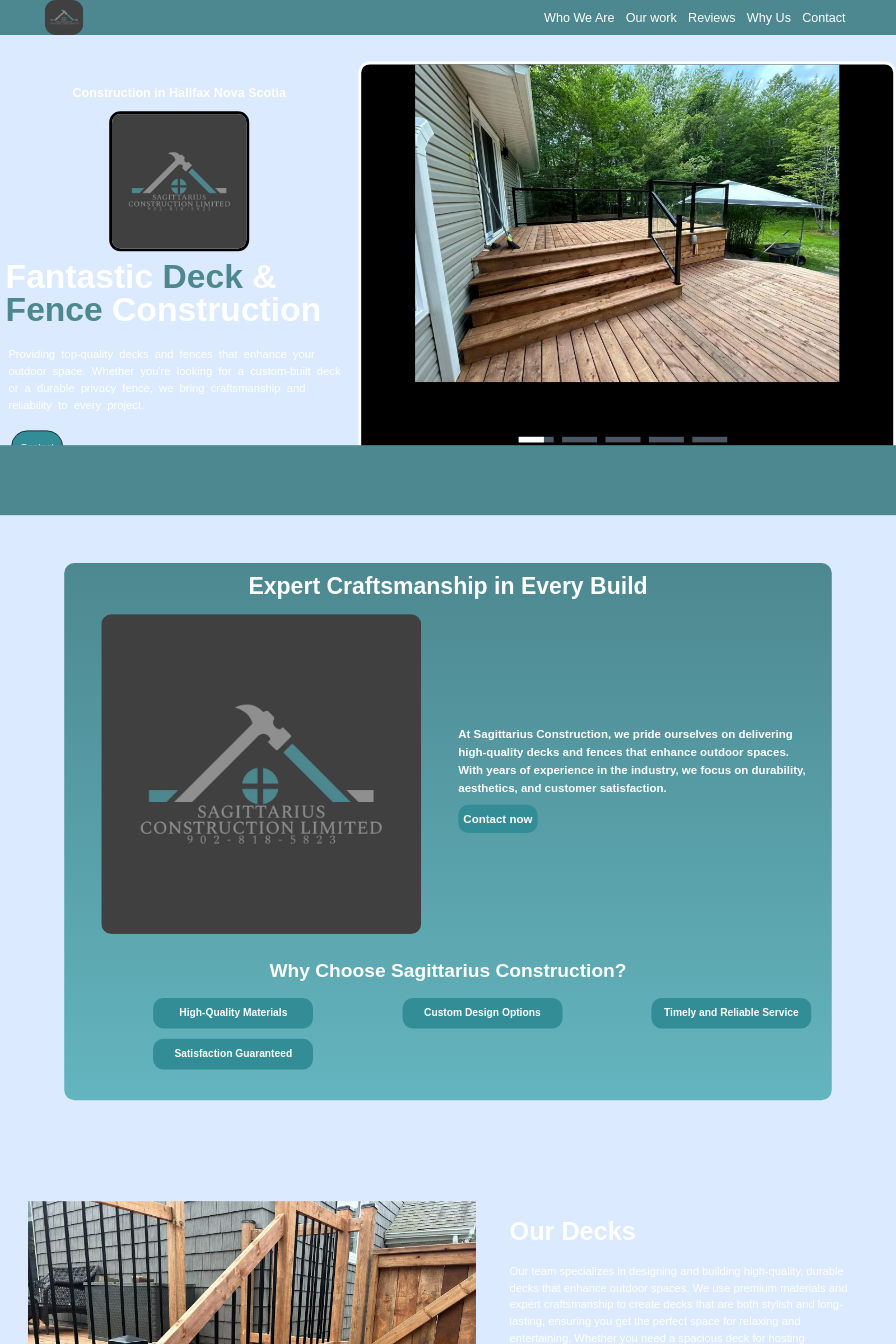
Repository: TMuse333/sagittarius
Page: / (app in frontend/)
The author's editor kept a copy of each file at every save. The page is drawn from the files as they stood at one save, then again after the next save.
The browser window is 1280 px wide. The pictures show the part of the page from y = 0 to 1920 px (the page is 9340 px tall), at 70% of full size.
The project was rebuilt for these pictures with package versions that can differ from the ones it lists, and the page was loaded fresh each time. The framework's server and built-in components were replaced by stand-ins that run in the browser. Also part of the build but not shown: frontend/next.config.ts.

Above is the page before, as saved 2025-03-17 18:58:21.

### frontend/src/app/layout.tsx
import { ContextProvider } from "@/context/context";
import type { Metadata } from "next";
import { Geist, Geist_Mono } from "next/font/google";
import "./globals.css";

const geistSans = Geist({
  variable: "--font-geist-sans",
  subsets: ["latin"],
});

const geistMono = Geist_Mono({
  variable: "--font-geist-mono",
  subsets: ["latin"],
});

export const metadata: Metadata = {
  title: "Sagittarius Construction demo",
  description: "Rough draft of your website",
};

export default function RootLayout({
  children,
}: Readonly<{
  children: React.ReactNode;
}>) {
  return (
    <html lang="en">
      <ContextProvider>


      <body
        className={`${geistSans.variable} ${geistMono.variable} antialiased`}
      >
        {children}
      </body>
      </ContextProvider>
    </html>
  );
}

### frontend/src/app/page.tsx
import Homepage from "@/pageComponents/homePage";


export default function Home() {
  return (
 <Homepage/>
  );
}

### frontend/src/app/globals.css
@tailwind base;
@tailwind components;
@tailwind utilities;

:root {
  --background: #DBEAFE;
  --foreground: #171717;
}

@media (prefers-color-scheme: dark) {
  :root {
    --background: #404040;
    --foreground: #ededed;
  }
}

body {
  color: white;
  background: var(--background);
  font-family: Arial, Helvetica, sans-serif;

}

### frontend/src/data/homeData.ts


import { ContentProps } from "@/components/imageTextBox/imageTextBox";


export const carouselHeroData = {
    mainHeader: "Fantastic Deck & Fence Construction",
    titleText: "Construction in Halifax Nova Scotia",
    descriptionText:
      "Providing top-quality decks and fences that enhance your outdoor space. Whether you're looking for a custom-built deck or a durable privacy fence, we bring craftsmanship and reliability to every project.",
    buttonText: "Get in Touch",
    images: [
        {
            src: '/deck.webp',
            alt: 'Wooden deck built by Sagittarius Construction',
            description: 'A well-crafted outdoor wooden deck providing a comfortable space for relaxation.'
        },
        {
            src: '/indoor-1.webp',
            alt: 'Privacy fence by Sagittarius Construction',
            description: 'A high-quality wooden fence built for security and style.'
        },
        {
            src: '/kitchen-2.webp',
            alt: 'Outdoor patio space by Sagittarius Construction',
            description: 'A beautifully designed patio space perfect for entertaining guests.'
        },
        {
            src: '/tyvek.webp',
            alt: 'Outdoor patio space by Sagittarius Construction',
            description: 'A beautifully designed patio space perfect for entertaining guests.'
        },
        {
            src: '/wall-after.webp',
            alt: 'Outdoor patio space by Sagittarius Construction',
            description: 'A beautifully designed patio space perfect for entertaining guests.'
        }
    ]
  };

export const lorem60 = "Lorem ipsum dolor sit amet consectetur, adipisicing elit. Magnam nobis laborum porro voluptas molestias nihil, eum ea velit quae, perspiciatis blanditiis dolorum culpa unde est eos earum a rem eveniet accusantium doloremque! Molestias illum inventore quae adipisci esse unde tempore, deleniti sed culpa nulla, sint placeat asperiores commodi? Libero ut tempora ad deserunt beatae facilis cum esse magni quaerat. Quasi nihil perspiciatis culpa minus, voluptates inventore saepe repudiandae reiciendis accusantium fuga exercitationem vero, eligendi voluptatibus nam neque, cumque explicabo vitae tenetur expedita accusamus placeat. Corporis perspiciatis, eius minus debitis ex, ad ducimus, error neque id itaque eligendi quibusdam hic pariatur!"

export const imageTextBoxData = {
    src: '/logo.webp',
    alt: 'Sagittarius Construction Team',
    description: "We Are A Local Nova Scotian Team. Delivering Up To Date Construction & Renovation Practices & Designs. Old School Work Ethic & Care, Giving Our Clients Workmanship On A Budget, On Time. We Proudly Commit To A Friendly & Transparent Approach To Building Lasting Relationships."
,
    title: 'Meet Our Team',
    buttonLink: '/about-us',
    buttonText: 'Learn More'
};


  export const imageTextBoxData2 = {
    src: '/logo.webp', // Replace with your image source
    alt: 'Lorem Ipsum Team',
    description: 'Lorem ipsum dolor sit amet, consectetur adipiscing elit. Sed do eiusmod tempor incididunt ut labore et dolore magna aliqua. Ut enim ad minim veniam, quis nostrud exercitation ullamco laboris nisi ut aliquip ex ea commodo consequat.\n\n' +
    'Duis aute irure dolor in reprehenderit in voluptate velit esse cillum dolore eu fugiat nulla pariatur. Excepteur sint occaecat cupidatat non proident, sunt in culpa qui officia deserunt mollit anim id est laborum.',

    reverse: false, // Optional: You can set it to true if needed to adjust the layout
    title: 'Find a home',
    buttonLink: '/buy-home', // Link to the About page
    buttonText: 'Learn More'
  };


  export const experienceCardData = {
    title: 'Expert Craftsmanship in Every Build',
    src: '/logo.webp',
    alt: 'Experienced Builders',
    description:
        "At Sagittarius Construction, we pride ourselves on delivering high-quality decks and fences that enhance outdoor spaces. With years of experience in the industry, we focus on durability, aesthetics, and customer satisfaction."
        ,
    aspects: [
        'High-Quality Materials',
        'Custom Design Options',
        'Timely and Reliable Service',
        'Satisfaction Guaranteed',
    ],
    link: '/contact',
    reverse: false,
    aspectHeader: 'Why Choose Sagittarius Construction?',
};

  //interface Props {
//     title?: string;
//     description?: string;
//     bgImage?:boolean
//     images: {
//         src: string;
//         alt: string;
//         title:string,
//         description:string,
//         link?:string,
//         date?:string

//     }[];
//     iframe?:boolean

// }

export const textAndListData = {
    subTitle: "Why Choose Sagittarius Construction?",
    title: "Deck and Fence Specialists You Can Trust",
    src: "/logo.webp",
    alt: "Sagittarius Construction Logo",
    description:
      "We bring expertise, precision, and dedication to every deck and fence project. Our goal is to create outdoor spaces that are both functional and visually appealing. Contact us today for a consultation.",
    listAspects: [
        {
            src: "/materials.jpg",
            alt: "Premium Materials",
            title: "High-Quality Materials",
            description: "We use only the best materials to ensure long-lasting decks and fences.",
        },
        {
            src: "/design.jpg",
            alt: "Custom Designs",
            title: "Custom Designs",
            description: "Every project is tailored to match your style and outdoor space.",
        },
        {
            src: "/reliable.jpg",
            alt: "Reliable Service",
            title: "Reliable & Efficient",
            description: "We complete projects on time and with meticulous attention to detail.",
        }
    ],
};




  export const parallaxTextContentData = {
    src: '/place-holder.jpg',
    alt: 'Lorem Ipsum Team',
    isVideo: false,
    muted: false,
    // thumbnail: false,
    description: "Chris hosts a captivating podcast that brings together voices from across Halifax, diving into stories of success, business, and community impact. Each episode offers listeners valuable insights, engaging discussions, and a fresh perspective on local industries.\n\n" +
    "From entrepreneurs to creatives, Chris explores what drives Halifax forward, sharing inspiring conversations with influential guests. Whether you're looking to learn, connect, or be entertained, this podcast is your go-to source for real conversations that matter.",

    heading: 'The Halifax Network Podcast',
    subHeading: 'Keeping you connected'
  };




export const closingStatement = {
  title: "Transform Your Well-Being Today",
  description: `Whether you’re buying your first home, upgrading to a dream property, or selling to start a new chapter, I’m here to make the process simple and stress-free. With deep roots in Halifax and over a decade of sales and marketing experience, I combine local market knowledge with personalized service to help you reach your real estate goals.

  As a proud member of RE/MAX Nova, I focus on delivering results while building lasting relationships. My mission is to provide expert advice, innovative strategies, and clear communication every step of the way.

  Let’s navigate the Halifax real estate market together—whether you're looking for a cozy home in Sackville, a vibrant condo in Downtown Halifax, or a rental property to build your investment portfolio.

  Ready to get started? I’d love to hear your story and help you take the next step.`,
  buttonText: "Book Your Appointment Now",
  buttonDestination: "/contact",
};

// src:string,
// alt:string,
// name:string,
// title:string
// description:string,
// quote:string
// phone:string,
// email:string,


// export const contactData = {
//   src:'/chris-nobg.png',
//   alt:'Chris Crowell',
//   name:'Chris Crowell',
//   title:'Your Netword Realtor',
//   description:'Ready to go',
//   quote:'Your can place an ending statment here or something else.',
//   phone:'902-209-3919',
//   email:'chriscrowell@remaxNova.ca'

// }


export const testimonials = [
  {
    name: "Ernestine Meagher-Oakley",
    src: "/place-holder.jpg",
    description:
      "I am very pleased with the work on our deck and front railing. The work is top quality. Michael and Crew do their own work and do not contract out. They are fair, dependable and great to work with.",
    date: "a month ago",
    alt: "Testimonial from Alicia Lockhart"
  },
  {
    name: "Michela Demarco",
    src: "/place-holder.jpg",
    description:
      "Does great work and is always reliable!",
    date: "a month ago",
    alt: "Testimonial from Jake Gaudet"
  },
  {
    name: "Rose Dillman",
    src: "/place-holder.jpg",
    description:
      "I had Mike and crew to do gable ends on my house. I was very pleased with the work. when he found something else wrong that should be fixed, he let me know before going ahead. very reasonable price and very careful and considerate of property. Nice job guys.",
    date: "a month ago",
    alt: "Testimonial from Adam Piercey"
  },
  {
    name: "Rachael Taylor",
    src: "/place-holder.jpg",
    description:
      `I have been fortunate enough to have Michael and his crew on a couple projects. Obviously I am pleased with the work and the end results, thus the review. But what impressed me was them taking the time to confirm the integrity of the surrounding area, making suggestions to improve the function and longevity of my outdoor living space, and their clear concise communications. Not to mention their quote was accurate, and extremely reasonable compared to the others I received.
      You will love the beauty that Sagittarius C&R creates for your custom project. From the quality of the materials to the time and attention to detail, you will see the pride they take in their work every step of the way.`,
    date: "5 months ago",
    alt: "Testimonial from John Gilfillan"
  },
//   {
//     name: "Bryan Lawlor",
//     src: "/place-holder.jpg",
//     description:
//       "Chris was great to deal with! He is very knowledgeable of the industry and fully understood our needs and wants. Also was readily available to have phone calls when we needed to ask questions!",
//     date: "4 weeks ago",
//     alt: "Testimonial from Bryan Lawlor"
//   },
//   {
//     name: "Bonnie Noddin",
//     src: "/place-holder.jpg",
//     description:
//       "Amazing customer service and a whole lot of support through the first-time home buyers process. Couldn't have asked for a better agent on my side! Thanks so much, Chris - you made this experience so positive for us! Quick responses, strong support!",
//     date: "5 months ago",
//     alt: "Testimonial from Bonnie Noddin"
//   },
//   {
//     name: "John Vo",
//     src: "/place-holder.jpg",
//     description:
//       "Chris is a very knowledgeable and responsive realtor. He goes above and beyond for his clients and I recommend him for anyone looking to buy or sell their home. You won't be disappointed!",
//     date: "4 months ago",
//     alt: "Testimonial from John Vo"
//   },
//   {
//     name: "Cathy MacDonald",
//     src: "/place-holder.jpg",
//     description:
//       "Best broker ever. Chris was very knowledgeable and always there when I needed him. He made the purchase of my home stress-free. Whatever I needed, whatever questions I had he was there. I highly recommend Chris to everyone.",
//     date: "a year ago",
//     alt: "Testimonial from Cathy MacDonald"
//   },
//   {
//     name: "Marilou Simons",
//     src: "/place-holder.jpg",
//     description:
//       "Chris is absolutely phenomenal- he helped myself and my husband every step of the way through the process of buying our first home- which, in this market/time, we weren’t sure would happen, let alone have a good time while doing it.",
//     date: "a year ago",
//     alt: "Testimonial from Marilou Simons"
//   },
//   {
//     name: "Austin Maillet",
//     src: "/place-holder.jpg",
//     description:
//       "Easy to work with, knows his stuff, got us the price we wanted - what more could you ask for? Chris is good at what he does!",
//     date: "a month ago",
//     alt: "Testimonial from Austin Maillet"
//   },
//   {
//     name: "LUCAS RIBEIRO DE SOUZA Ribeiro",
//     src: "/place-holder.jpg",
//     description:
//       "Absolutely fantastic, caring, all-time available and honest and transparent. I cannot encourage enough anyone buying a home to go with this man. He is just great and cares for his clients with all he has. Thanks again for all your hard work, Chris! You rock!",
//     date: "8 months ago",
//     alt: "Testimonial from LUCAS RIBEIRO DE SOUZA Ribeiro"
//   },
//   {
//     name: "Joline LeBlanc",
//     src: "/place-holder.jpg",
//     description:
//       "Chris took the stress out of trying to sell my place from across the country. No matter what hurdles were put in the way, he was prepared to deal with them and keep the process moving forward. Great communication throughout the whole process!",
//     date: "a year ago",
//     alt: "Testimonial from Joline LeBlanc"
//   }
];


export const dualImageData = [
    {
        src1:'/sad-face.png',
        alt1:'sad man',
        src2:'/happy-face.jpg',
        alt2:'happy man',
        description:'Before i tried youth bar i was very sad'+
        " as i had a non youthful face but now i am happy because i look young again due to youth bar's great services",
        name:"Jonathan"
    },
    {
        src1:'/sad-face.png',
        alt1:'sad man',
        src2:'/happy-face.jpg',
        alt2:'happy man',
        description:'Before i tried youth bar i was very sad'+
        " as i had a non youthful face but now i am happy because i look young again due to youth bar's great services",
        name:"Jonathan"
    },
    {
        src1:'/sad-face.png',
        alt1:'sad man',
        src2:'/happy-face.jpg',
        alt2:'happy man',
        description:'Before i tried youth bar i was very sad'+
        " as i had a non youthful face but now i am happy because i look young again due to youth bar's great services",
        name:"-Jonathan, satisfied customer"
    },
    {
        src1:'/sad-face.png',
        alt1:'sad man',
        src2:'/happy-face.jpg',
        alt2:'happy man',
        description:'Before i tried youth bar i was very sad'+
        " as i had a non youthful face but now i am happy because i look young again due to youth bar's great services",
        name:"-Jonathan, satisfied customer"
    }
]



export const gridItems = [
    {
        url:'/deck.webp',
        title:'A deck for sagittarius construction'
    },
    {
        url:'/indoor-1.webp',
        title:'A indoor image for sagittarius construction'
    },
    {
        url:'/kitchen-2.webp',
        title:'A kitchen from sagittarius construction'
    },
    {
        url:'/tyvek.webp',
        title:'A deck for sagittarius construction'
    },
    {
        url:'/wall-after.webp',
        title:'A deck for sagittarius construction'
    },
    {
      url:'/big-fence.webp',
       title:'A deck for sagittarius construction'
    },
    {
      url:'/deck2.webp',
      title:'A deck for sagittarius construction'
    },
   {
    url:'/deck4.webp',
    title:'A deck for sagittarius construction'

   },
   {
    url:'/kitchen.webp',
    title:'A kitchen'
   }
]


export const deckTextBox: ContentProps = {
  src: '/deck3.webp',
  alt: 'A big deck for Sagittarius Construction',
  description: 'Our team specializes in designing and building high-quality, durable decks that enhance outdoor spaces. We use premium materials and expert craftsmanship to create decks that are both stylish and long-lasting, ensuring you get the perfect space for relaxing and entertaining. Whether you need a spacious deck for hosting gatherings or a cozy retreat for quiet evenings, we tailor every project to your needs. Our attention to detail and commitment to excellence guarantee a deck that not only looks great but also withstands the test of time.',
  title: 'Our Decks',
};

export const fenceTextBox: ContentProps = {
  src: '/big-fence.webp',
  alt: 'A tall wooden fence built by Sagittarius Construction',
  description: 'We build strong, aesthetically pleasing fences that provide security, privacy, and curb appeal. Whether you need a classic wooden fence, a modern design, or a fully customized solution, we ensure top-tier craftsmanship and high-quality materials. Our fences are built to endure harsh weather conditions while maintaining their beauty and functionality. From enhancing the look of your property to keeping your space secure, our expertly crafted fences are designed to meet your specific requirements, giving you peace of mind and a standout property boundary.',
  title: 'Our Fences',
};

export const aspectsData = [
  {
    title: "Expertise and Experience",
    src: "/big-fence.webp",
    description: "Our team has extensive experience in various types of construction projects, ensuring high-quality results.",
    alt: "A reason to choose Sagittarius Construction",
  },
  {
    title: "Skilled Workforce",
    src: "/big-fence.webp",
    description: "We employ skilled professionals who are trained in the latest construction techniques and safety standards.",
    alt: "A reason to choose Sagittarius Construction",
  },
  {
    title: "Quality Materials",
    src: "/big-fence.webp",
    description: "We use only the best materials to ensure durability and longevity in all our projects.",
    alt: "A reason to choose Sagittarius Construction",
  },
  {
    title: "Customer-Centric Approach",
    src: "/big-fence.webp",
    description: "We prioritize our clients’ needs and provide personalized service to ensure that your vision is realized.",
    alt: "A reason to choose Sagittarius Construction",
  },
  {
    title: "Timely Completion",
    src: "/big-fence.webp",
    description: "We understand the importance of deadlines and work diligently to complete projects on time without compromising quality.",
    alt: "A reason to choose Sagittarius Construction",
  },
  {
    title: "Transparent Pricing",
    src: "/big-fence.webp",
    description: "Our pricing is competitive and transparent, with no hidden fees. We provide detailed estimates to help you budget effectively.",
    alt: "A reason to choose Sagittarius Construction",
  },
  {
    title: "Sustainability Practices",
    src: "/big-fence.webp",
    description: "We are committed to environmentally friendly practices, using sustainable materials and energy-efficient techniques wherever possible.",
    alt: "A reason to choose Sagittarius Construction",
  },
  {
    title: "Strong Reputation",
    src: "/big-fence.webp",
    description: "Our company has a solid track record of satisfied clients and successful projects, which speaks to our reliability and quality of work.",
    alt: "A reason to choose Sagittarius Construction",
  },
  {
    title: "Comprehensive Services",
    src: "/big-fence.webp",
    description: "We offer a wide range of services, from initial design and planning to construction and post-project support.",
    alt: "A reason to choose Sagittarius Construction",
  },
  {
    title: "Safety Commitment",
    src: "/big-fence.webp",
    description: "Safety is our top priority. We adhere to strict safety protocols to ensure the well-being of our team and clients.",
    alt: "A reason to choose Sagittarius Construction",
  },
];

Loaded but not shown: frontend/tailwind.config.ts (common file); frontend/src/components/gridCarousel/gridCarousel.tsx (309 lines, source omitted); frontend/src/components/experienceCard/experienceCard.tsx (230 lines, source omitted); frontend/src/components/herobanner/carouselHero.tsx (224 lines, source omitted); frontend/src/components/contactForm/contactForm.tsx (177 lines, source omitted); frontend/src/components/ImageAspects/imageAspects.tsx (280 lines, source omitted); frontend/src/components/textAndList/textAndList.tsx (222 lines, source omitted); frontend/src/components/navbar/navbar.tsx (156 lines, source omitted); frontend/src/components/textAnimations/appearingGradient/appearingGradient.tsx (152 lines, source omitted); frontend/src/components/textAnimations/typeAlongText/typeAlongText.tsx (118 lines, source omitted); frontend/src/components/imageTextBox/imageTextBox.tsx (191 lines, source omitted); frontend/src/components/contactForm/inputForm.tsx (82 lines, source omitted); frontend/src/components/textAnimations/slidingText/slidingText.tsx (86 lines, source omitted); frontend/src/components/textAnimations/fadeInFromLeftText/fadeInFromLeftText.tsx (88 lines, source omitted); frontend/src/pageComponents/homePage.tsx (152 lines, source omitted); frontend/src/components/footer/footer.tsx (107 lines, source omitted); frontend/src/components/googleReviews/googleReviews.tsx (131 lines, source omitted); frontend/src/context/context.tsx (104 lines, source omitted)

After the next save:
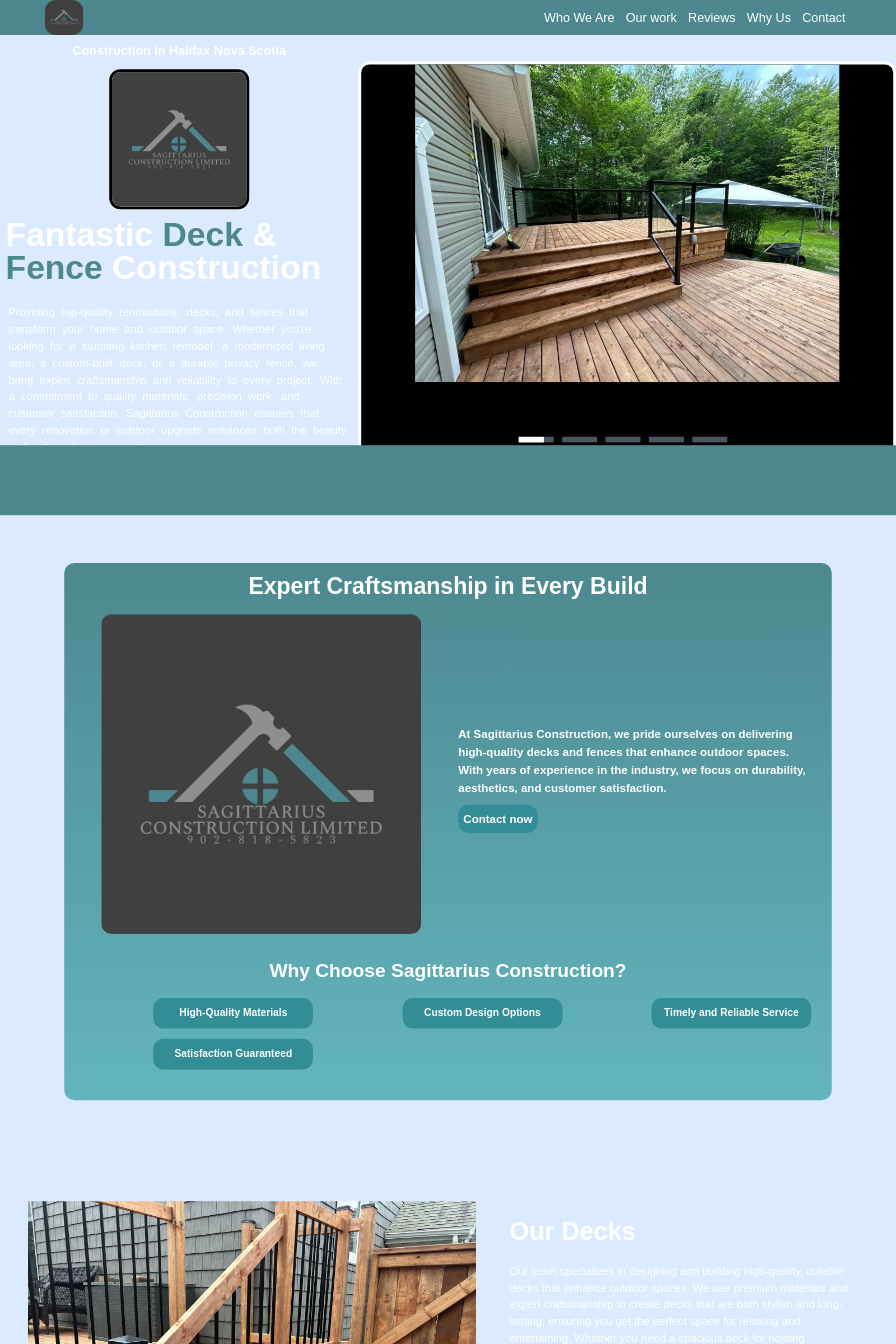
Saved 5 min 12 s later.
--- a/frontend/src/data/homeData.ts
+++ b/frontend/src/data/homeData.ts
@@ -7,7 +7,7 @@
     mainHeader: "Fantastic Deck & Fence Construction",
     titleText: "Construction in Halifax Nova Scotia",
     descriptionText:
-      "Providing top-quality decks and fences that enhance your outdoor space. Whether you're looking for a custom-built deck or a durable privacy fence, we bring craftsmanship and reliability to every project.",
+      "Providing top-quality renovations, decks, and fences that transform your home and outdoor space. Whether you're looking for a stunning kitchen remodel, a modernized living area, a custom-built deck, or a durable privacy fence, we bring expert craftsmanship and reliability to every project. With a commitment to quality materials, precision work, and customer satisfaction, Sagittarius Construction ensures that every renovation or outdoor upgrade enhances both the beauty and value of your property",
     buttonText: "Get in Touch",
     images: [
         {
